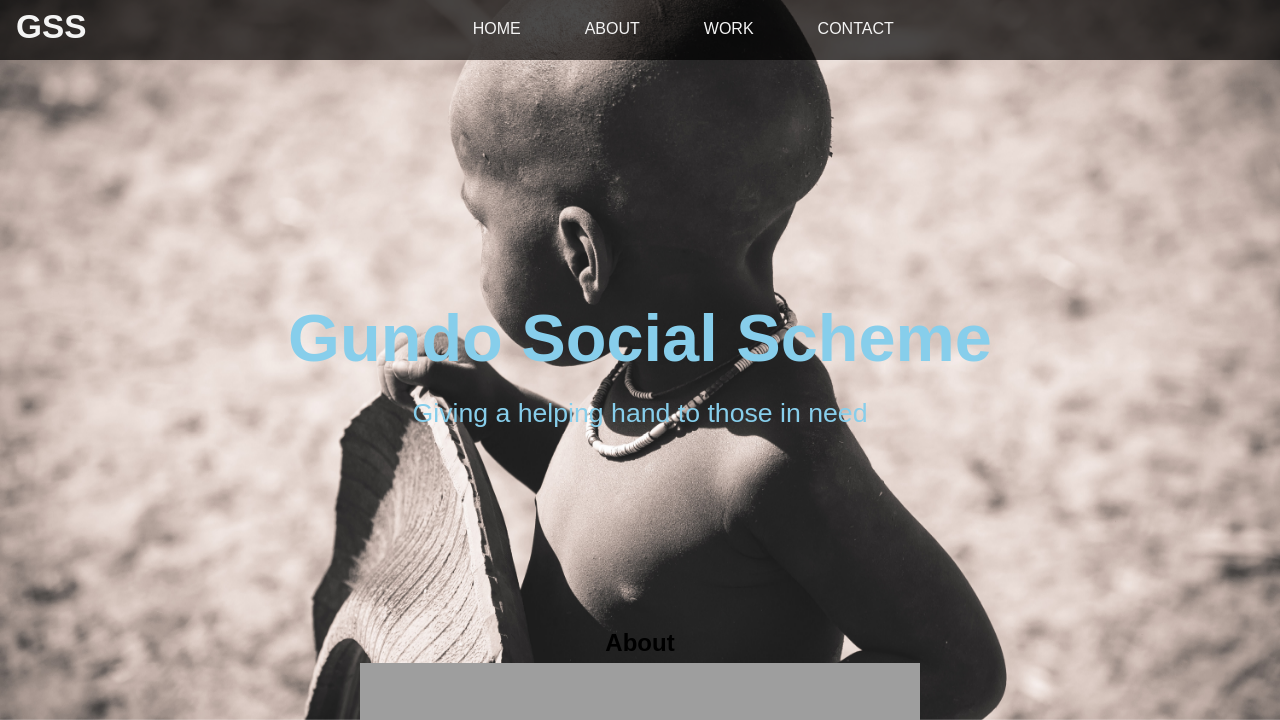
Repository: blessingNtoko/gss-basic_website
Page: index.html
These files come from the project's save history. The page is drawn as it stood at one moment and after the next save; the edit follows.
The browser window is 1280 px wide. The pictures show the whole page.
Pictures or frames that could not be fetched are drawn as grey boxes. An inner scrolling area shows only its first screen.

Above is the page before, as saved 2020-05-13 00:01:10.

After the next save:
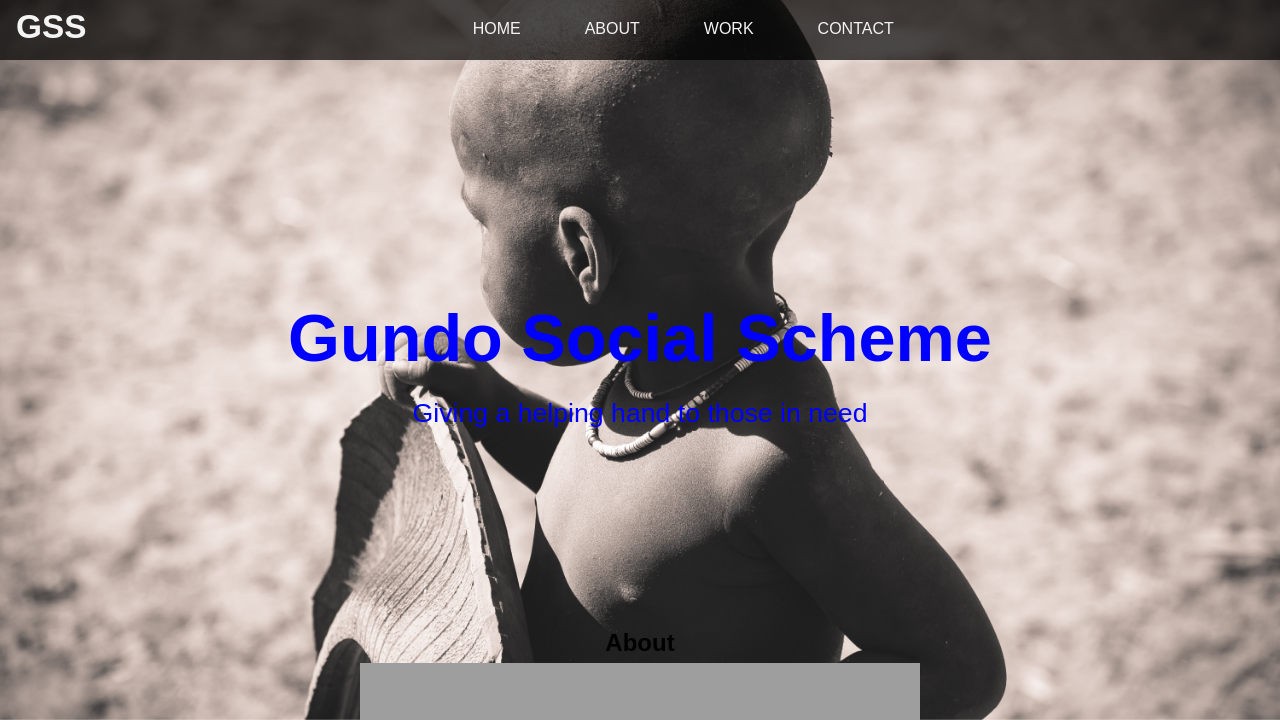
Saved 29 s later.
--- a/style.css
+++ b/style.css
@@ -84,7 +84,7 @@ section {
     background-repeat: no-repeat;
     background-size: cover;
     background-attachment: fixed;
-    color: skyblue;
+    color: blue;
 }
 
 #home h1 {
